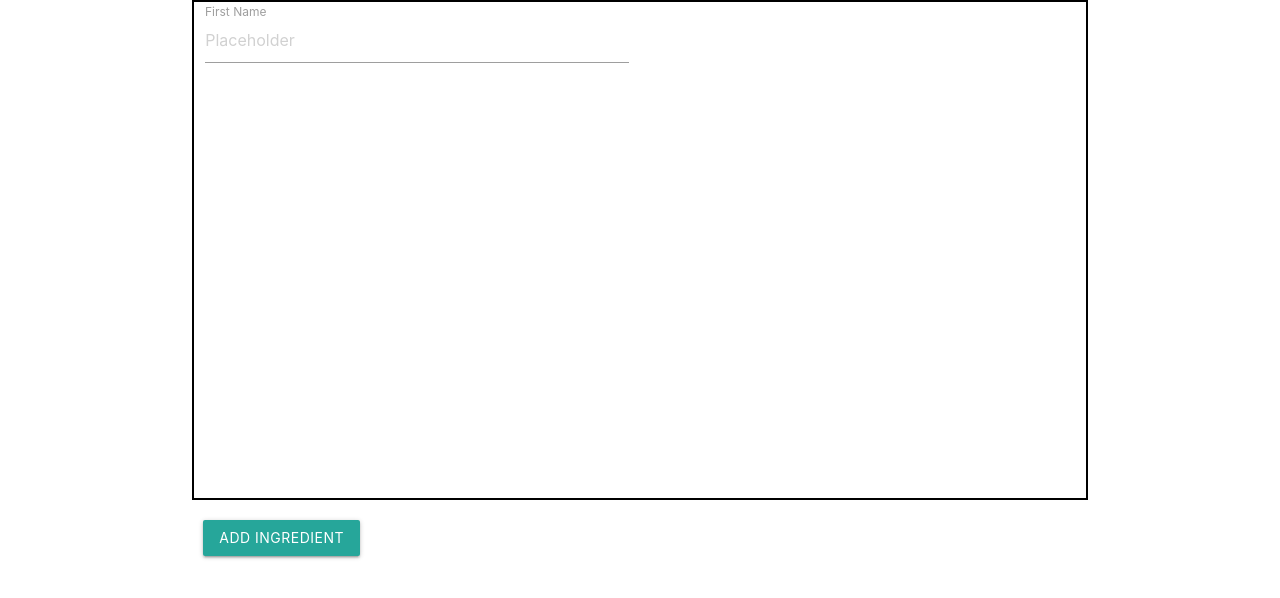
Repository: Aaron-R-Carter/Project1
Page: prototype.html
An editor plug-in stored every save of this project. The page is shown before and after a run of saves, followed by the edit.
The browser window is 1280 px wide. The pictures show the whole page.

Above is the page before, as saved 2019-10-31 21:12:14.
Console error: SyntaxError: Unexpected token '<'

After the next 2 saves:
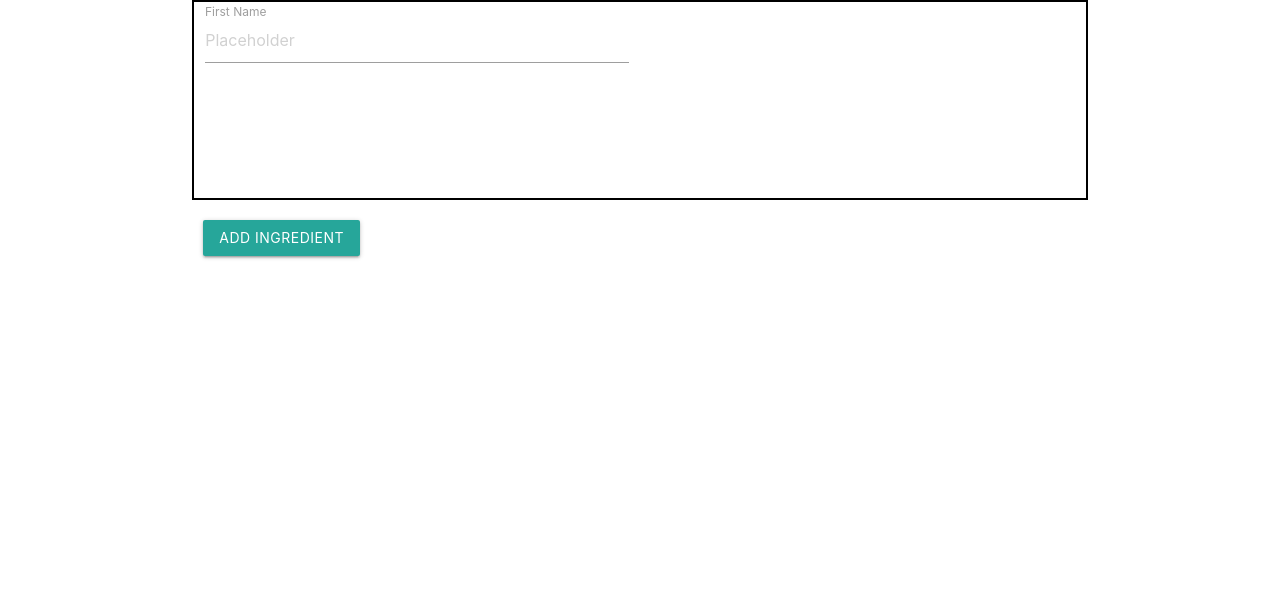
The 2 saves are shown as one change because they came seconds apart.
The last was saved 56 s later.
--- a/prototype.css
+++ b/prototype.css
@@ -1,6 +1,6 @@
 #form-page {
     width: 100%;
-    height: 500px;
+    height: 200px;
     border: 2px solid black;
 }
 
